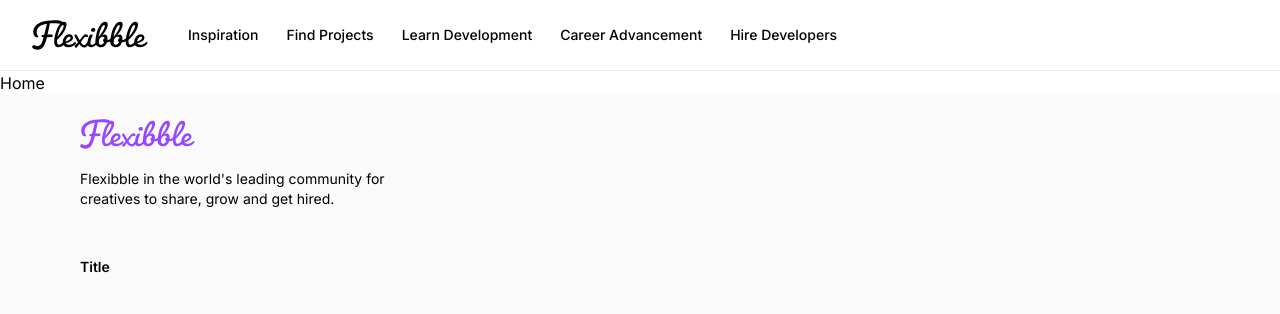
Repository: nazmulislam4/flexibble
Page: /
An editor plug-in stored every save of this project. The page is shown before and after the next save, followed by the edit.
The browser window is 1280 px wide. The pictures show the whole page.
The project was rebuilt for these pictures with package versions that can differ from the ones it lists, and the page was loaded fresh each time. The framework's server and built-in components were replaced by stand-ins that run in the browser. Also part of the build but not shown: next.config.mjs, src/components/AuthProvider.tsx.

Above is the page before, as saved 2024-03-12 01:24:42.

After the next save:
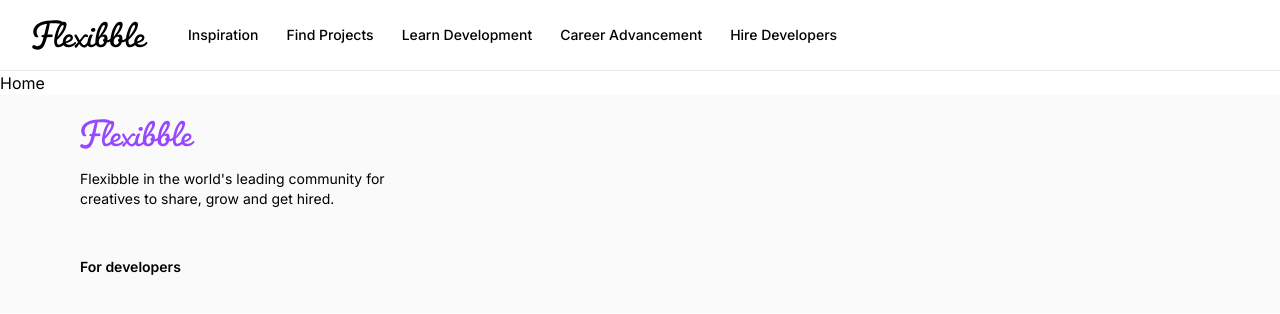
Saved 33 s later.
--- a/src/components/FooterColumn.tsx
+++ b/src/components/FooterColumn.tsx
@@ -8,7 +8,7 @@
 const FooterColumn = ({ title, links }: ColumnProps) => {
   return (
     <div className="footer_column">
-      <h4 className="font-semibold">Title</h4>
+      <h4 className="font-semibold">{title}</h4>
       <ul className="flex flex-col gap-2 font-normal"></ul>
     </div>
   );
